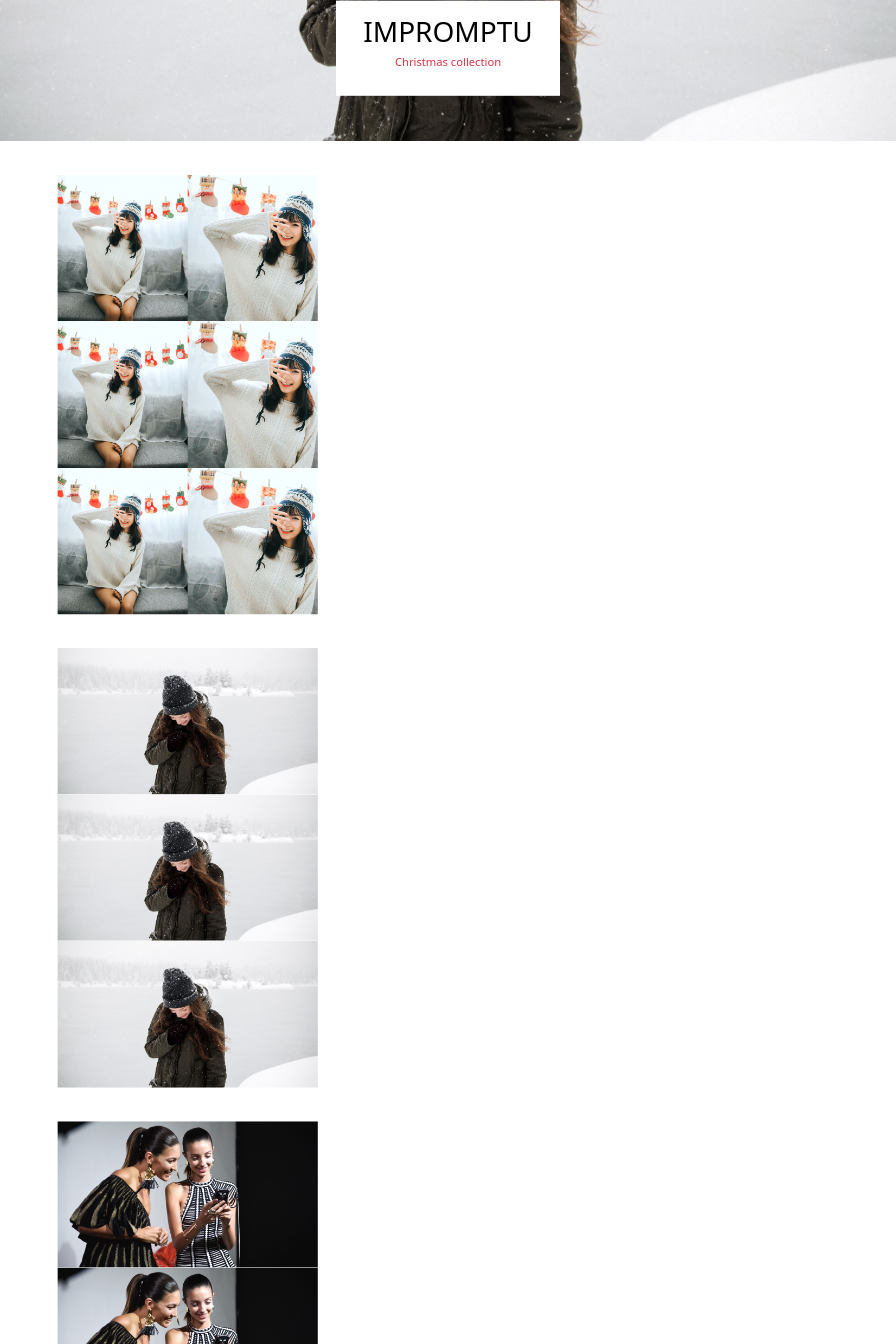
Repository: michalgornicki/Impromptu
Page: /
An editor plug-in stored every save of this project. The page is shown before and after a run of saves, followed by the edit.
The browser window is 1280 px wide. The pictures show the part of the page from y = 547 to 2467 px (the page is 3407 px tall before and 3267 px after), at 70% of full size.
The project was rebuilt for these pictures with package versions that can differ from the ones it lists, and the page was loaded fresh each time.

Above is the page before, as saved 2021-12-23 14:35:16.

### src/App.jsx
import React from "react";
import "./App.css";
import "bootstrap/dist/css/bootstrap.min.css";
import Container from "react-bootstrap/Container";
import Navbar from "react-bootstrap/Navbar";
import Nav from "react-bootstrap/Nav";
import NavDropdown from "react-bootstrap/NavDropdown";
import Carousel from "react-bootstrap/Carousel";
import Row from "react-bootstrap/Row";
import Col from "react-bootstrap/Col";
import photo1 from "./1.jpg";
import photo2 from "./2.jpg";
import photo3 from "./3.jpg";
import photo4 from "./4.jpg";
import photo5 from "./5.jpg";

function App() {
  return (
    <p>
      <Navbar
        collapseOnSelect
        expand="lg"
        bg="light"
        variant="light"
        className="py-4 display-8 text-dark"
      >
        <Container>
          <Navbar.Brand href="#home" className="w-20 text-bold">IMPROMPTU</Navbar.Brand>
          <Navbar.Toggle aria-controls="responsive-navbar-nav" />
          <Navbar.Collapse id="responsive-navbar-nav">
            <Nav className="me-auto">
              <NavDropdown title="ONA" id="collasible-nav-dropdown">
                <NavDropdown.Item href="#action/3.1">Item</NavDropdown.Item>
                <NavDropdown.Item href="#action/3.2">
                Item
                </NavDropdown.Item>
                <NavDropdown.Item href="#action/3.3">
                Item
                </NavDropdown.Item>
                <NavDropdown.Item href="#action/3.4">
                Item
                </NavDropdown.Item>
                <NavDropdown.Item href="#action/3.4">
                Item
                </NavDropdown.Item>
                <NavDropdown.Item href="#action/3.4">
                Item
                </NavDropdown.Item>
                <NavDropdown.Item href="#action/3.4">
                Item
                </NavDropdown.Item>
                <NavDropdown.Item href="#action/3.4">
                Item
                </NavDropdown.Item>
                <NavDropdown.Item href="#action/3.4">
                Item
                </NavDropdown.Item>
                <NavDropdown.Item href="#action/3.4">
                Item
                </NavDropdown.Item>

              </NavDropdown>
              <NavDropdown title="ON" id="collasible-nav-dropdown">
                <NavDropdown.Item href="#action/3.1">Item</NavDropdown.Item>
                <NavDropdown.Item href="#action/3.2">
                Item
                </NavDropdown.Item>
                <NavDropdown.Item href="#action/3.3">
                Item
                </NavDropdown.Item>
                <NavDropdown.Item href="#action/3.4">
                Item
                </NavDropdown.Item>
                <NavDropdown.Item href="#action/3.4">
                Item
                </NavDropdown.Item>
                <NavDropdown.Item href="#action/3.4">
                Item
                </NavDropdown.Item>
                <NavDropdown.Item href="#action/3.4">
                Item
                </NavDropdown.Item>
              </NavDropdown>
              <Nav.Link href="#pricing">NOWOŚCI</Nav.Link>
              <Nav.Link href="#pricing">PROMOCJE</Nav.Link>
              <NavDropdown title="OUTLET" id="collasible-nav-dropdown">
                <div className="flex flex-column">
                  <div className="container">
                <NavDropdown.Item href="#action/3.1">Item</NavDropdown.Item>
                <NavDropdown.Item href="#action/3.2">
                Item
                </NavDropdown.Item>
                <NavDropdown.Item href="#action/3.3">
                Item
                </NavDropdown.Item>
                <NavDropdown.Item href="#action/3.4">
                Item
                </NavDropdown.Item>
                <NavDropdown.Item href="#action/3.4">
                Item
                </NavDropdown.Item>
                <NavDropdown.Item href="#action/3.4">
                Item
                </NavDropdown.Item>
                <NavDropdown.Item href="#action/3.4">
                Item
                </NavDropdown.Item>
                <NavDropdown.Item href="#action/3.4">
                Item
                </NavDropdown.Item>
                </div>
                <div className="container">
                <NavDropdown.Item href="#action/3.1">Item</NavDropdown.Item>
                <NavDropdown.Item href="#action/3.2">
                Item
                </NavDropdown.Item>
                <NavDropdown.Item href="#action/3.3">
                Item
                </NavDropdown.Item>
                <NavDropdown.Divider />
                <NavDropdown.Item href="#action/3.4">
                Item
                </NavDropdown.Item>
                </div>
                </div>
              </NavDropdown>
            </Nav>
            <Nav>
              <Nav.Link href="#deets">LOGOWANIE</Nav.Link>
              <Nav.Link href="#memes">MÓJ KOSZYK</Nav.Link>
            </Nav>
          </Navbar.Collapse>
        </Container>
      </Navbar>

      <Carousel variant="dark" indicators={false} pause="false">
  <Carousel.Item>
    <img
      className="d-block w-100"
      src={photo1}
      alt="First slide"
    />
    <Carousel.Caption>
      <h5 className="display-6">IMPROMPTU</h5>
      <p className="text-danger">Christmas collection</p>
    </Carousel.Caption>
  </Carousel.Item>
  <Carousel.Item>
    <img
      className="d-block w-100"
      src={photo2}
      alt="Second slide"
    />
    <Carousel.Caption>
    <h5 className="display-6">IMPROMPTU</h5>
      <p className="text-danger">Christmas collection</p>
    </Carousel.Caption>
  </Carousel.Item>
  <Carousel.Item>
    <img
      className="d-block w-100"
      src={photo3}
      alt="Third slide"
    />
    <Carousel.Caption>
    <h5 className="display-6">IMPROMPTU</h5>
      <p className="text-danger">Christmas collection</p>
    </Carousel.Caption>
  </Carousel.Item>
  <Carousel.Item>
    <img
      className="d-block w-100"
      src={photo4}
      alt="Third slide"
    />
    <Carousel.Caption>
    <h5 className="display-6">IMPROMPTU</h5>
      <p className="text-danger">Christmas collection</p>
    </Carousel.Caption>
  </Carousel.Item>
  <Carousel.Item>
    <img
      className="d-block w-100"
      src={photo5}
      alt="Third slide"
    />
    <Carousel.Caption>
    <h5 className="display-6">IMPROMPTU</h5>
      <p className="text-danger">Christmas collection</p>
    </Carousel.Caption>
  </Carousel.Item>
</Carousel>

<Container className="mt-5">
<div className="mb-5 flex flex-row">
  <div className="overflow-hidden "><img className="grid-item" src={photo1} alt="" /></div>
  <div className="overflow-hidden"><img className="grid-item" src={photo1} alt="" /></div>
  <div className="overflow-hidden"><img className="grid-item" src={photo1} alt="" /></div>
</div>
<div className="mb-5">
<div className="overflow-hidden"><img className="grid-item" src={photo2} alt="" /></div>
<div className="overflow-hidden"><img className="grid-item" src={photo2} alt="" /></div>
<div className="overflow-hidden"><img className="grid-item" src={photo2} alt="" /></div>
</div>
<div className="mb-5">
<div className="overflow-hidden"><img className="grid-item" src={photo3} alt="" /></div>
<div className="overflow-hidden"> <img className="grid-item" src={photo3} alt="" /></div>
<div className="overflow-hidden"> <img className="grid-item" src={photo3} alt="" /></div>
</div>
</Container>

<Nav
  activeKey="/home"
  className="mt-5 pt-5 bg-lightgray"
>
  <Row className="w-75 m-auto">
  <Col>
  <div className="display-7 mb-2">
    Pomoc i kontakt
  </div>
  <Nav.Item>
    <Nav.Link className="text-slim" eventKey="link-1">At vero eos et accusamus</Nav.Link>
  </Nav.Item>
  <Nav.Item>
    <Nav.Link className="text-slim" eventKey="link-2">At vero eos et accusamus</Nav.Link>
  </Nav.Item>
  <Nav.Item>
    <Nav.Link className="text-slim" eventKey="link-2">At vero eos et accusamus</Nav.Link>
  </Nav.Item>
  <Nav.Item>
    <Nav.Link className="text-slim" eventKey="link-2">At vero eos et accusamus</Nav.Link>
  </Nav.Item>
  <Nav.Item>
    <Nav.Link className="text-slim" eventKey="link-2">At vero eos et accusamus</Nav.Link>
  </Nav.Item>
  <Nav.Item>
    <Nav.Link className="text-slim" eventKey="link-2">At vero eos et accusamus</Nav.Link>
  </Nav.Item>
  </Col>
  <Col>
  <div className="display-7 mb-2">
    O Impromtu
  </div>
  <Nav.Item>
    <Nav.Link className="text-slim" eventKey="link-1">At vero eos et accusamus</Nav.Link>
  </Nav.Item>
  <Nav.Item>
    <Nav.Link className="text-slim" eventKey="link-2">At vero eos et accusamus</Nav.Link>
  </Nav.Item>
  <Nav.Item>
  <Nav.Item>
    <Nav.Link className="text-slim" eventKey="link-2">At vero eos et accusamus</Nav.Link>
  </Nav.Item>
  </Nav.Item>
  </Col>
  <Col>
  <div className="display-7 mb-2">
    Nasze zalety
  </div>
  <Nav.Item>
    <Nav.Link className="text-slim" eventKey="link-1">At vero eos et accusamus</Nav.Link>
  </Nav.Item>
  <Nav.Item>
    <Nav.Link className="text-slim" eventKey="link-2">At vero eos et accusamus</Nav.Link>
  </Nav.Item>
  <Nav.Item>
  <Nav.Item>
    <Nav.Link className="text-slim" eventKey="link-2">At vero eos et accusamus</Nav.Link>
  </Nav.Item>
  <Nav.Item>
    <Nav.Link className="text-slim" eventKey="link-2">At vero eos et accusamus</Nav.Link>
  </Nav.Item>
  <Nav.Item>
    <Nav.Link className="text-slim" eventKey="link-2">At vero eos et accusamus</Nav.Link>
  </Nav.Item>
  </Nav.Item>
  </Col>
  <Col>
  <div className="display-7 mb-2">
    Zostań naszym partnerem
  </div>
  <Nav.Item>
    <Nav.Link className="text-slim" eventKey="link-1">At vero eos et accusamus</Nav.Link>
  </Nav.Item>
  <Nav.Item>
    <Nav.Link className="text-slim" eventKey="link-2">At vero eos et accusamus</Nav.Link>
  </Nav.Item>
  <Nav.Item>
  <Nav.Item>
    <Nav.Link className="text-slim" eventKey="link-2">At vero eos et accusamus</Nav.Link>
  </Nav.Item>
  <Nav.Item>
    <Nav.Link className="text-slim" eventKey="link-2">At vero eos et accusamus</Nav.Link>
  </Nav.Item>
  <Nav.Item>
    <Nav.Link className="text-slim" eventKey="link-2">At vero eos et accusamus</Nav.Link>
  </Nav.Item>
  <Nav.Item>
    <Nav.Link className="text-slim" eventKey="link-2">At vero eos et accusamus</Nav.Link>
  </Nav.Item>
  <Nav.Item>
    <Nav.Link className="text-slim" eventKey="link-2">At vero eos et accusamus</Nav.Link>
  </Nav.Item>
  </Nav.Item>
  </Col>
  </Row>
</Nav>


    </p>
  );
}

export default App;

### src/App.css
.w-20{
    width: 20%!important;
}

.text-bold{
    font-weight: 900!important;
}

.text-slim{
    font-weight: 100!important;
}

.navbar-brand{
    font-size: 1.8rem!important;
}

.display-7{
    font-size: 1.3rem;
}

.display-8{
    font-size: 1rem;
}

.nav-link {
    color: black!important;
}

.carousel img {
    height: 90vh;
    object-fit: cover;
}

.carousel-caption{
    background-color: rgba(255, 255, 255, 1);
    bottom: 10%!important;
    width: 25%;
    margin: auto;
}

.bg-lightgray{
    background-color: rgb(230, 230, 230);
}

.grid-item{
    width: 33.333%;
   }

.grid-item:hover{
 transform: scale(1.1);
}

.overflow-hidden{
}

Loaded but not shown: public/index.html (common file); src/index.js (common file); src/index.css (common file); src/reportWebVitals.js (common file)

After the next 2 saves:
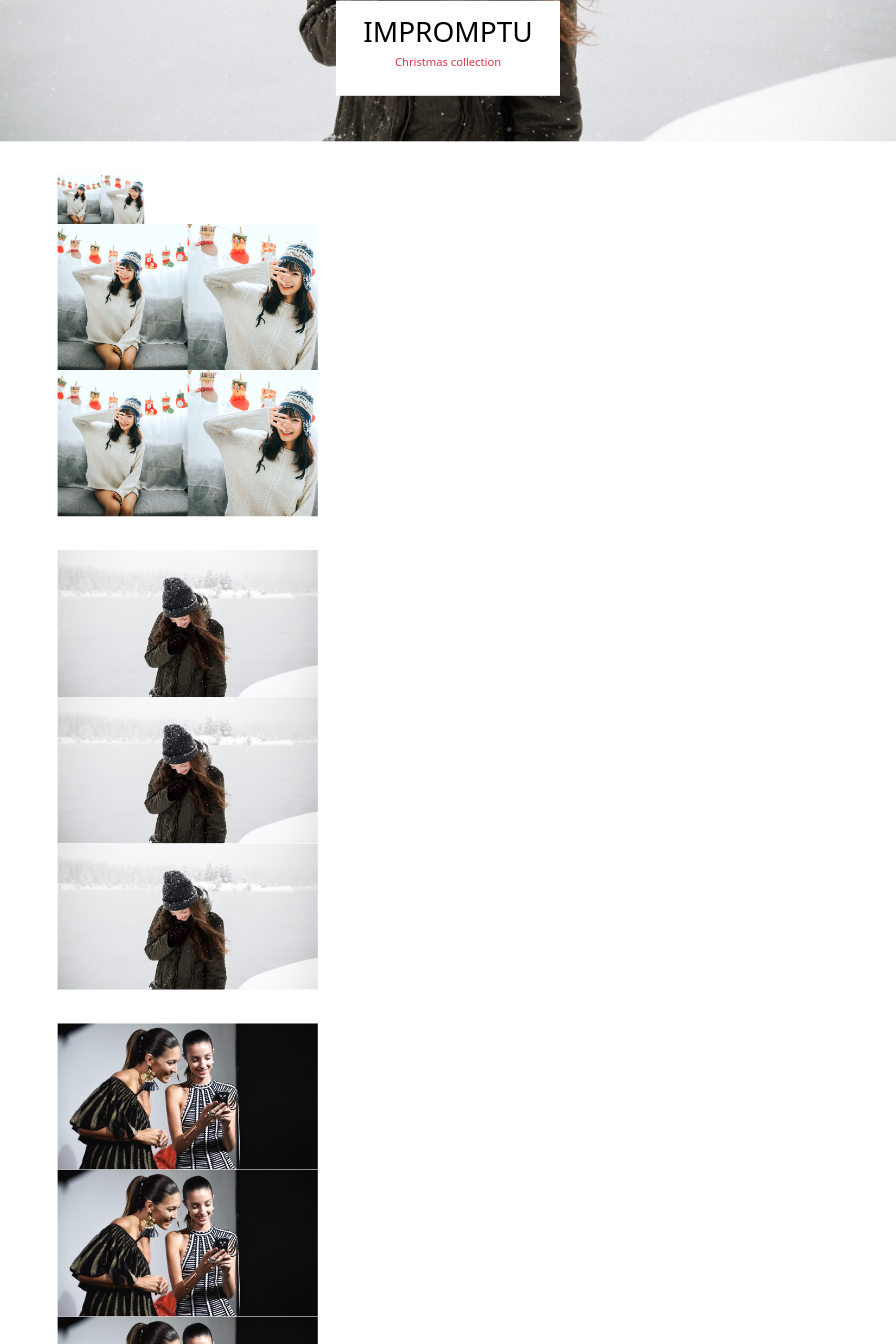
The 2 saves are shown as one change because they came seconds apart.
The last was saved 16 s later.
--- a/src/App.jsx
+++ b/src/App.jsx
@@ -193,7 +193,7 @@ function App() {
 
 <Container className="mt-5">
 <div className="mb-5 flex flex-row">
-  <div className="overflow-hidden "><img className="grid-item" src={photo1} alt="" /></div>
+  <div className="overflow-hidden col-lg-4"><img className="grid-item" src={photo1} alt="" /></div>
   <div className="overflow-hidden"><img className="grid-item" src={photo1} alt="" /></div>
   <div className="overflow-hidden"><img className="grid-item" src={photo1} alt="" /></div>
 </div>
